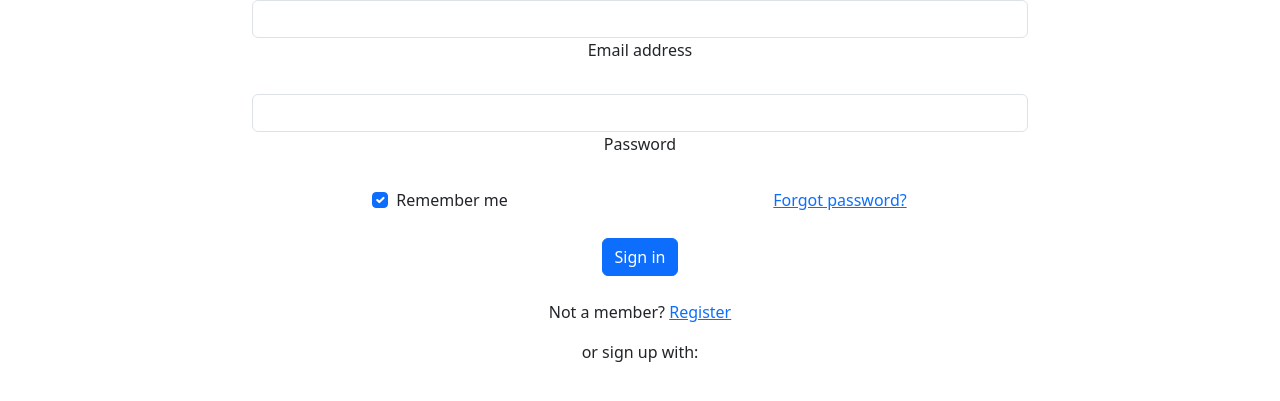
Repository: HieuNT-2001/JAVA-3---SOF203
Page: http://localhost/HocJava4/views/LoginForm.jsp
These files come from the project's save history. The page is drawn as it stood at one moment and after the next save; the edit follows.
The browser window is 1280 px wide. The pictures show the whole page.
The page is served by Tomcat 10.

Above is the page before, as saved 2024-09-28 03:20:21.

After the next save:
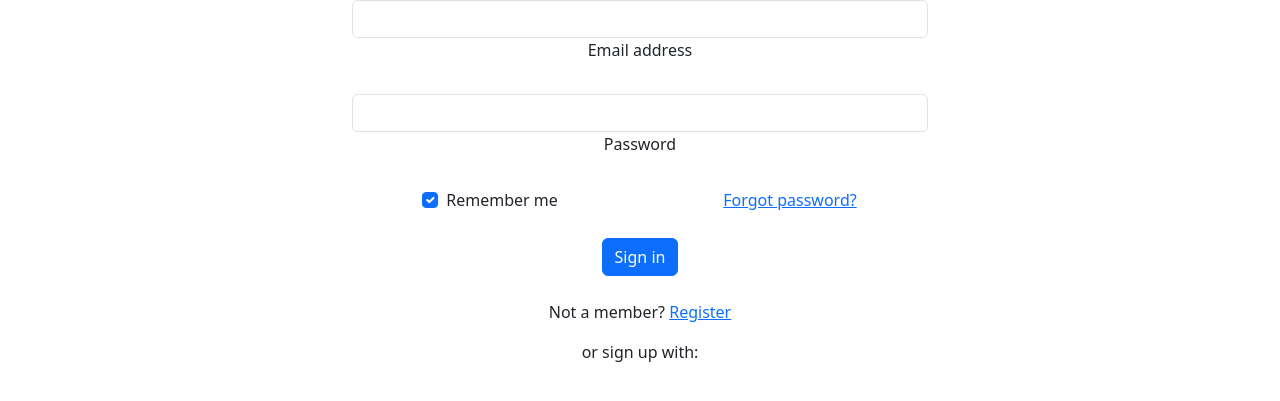
Saved 25 s later.
--- a/HocJava4/src/main/webapp/views/LoginForm.jsp
+++ b/HocJava4/src/main/webapp/views/LoginForm.jsp
@@ -13,7 +13,7 @@
 	crossorigin="anonymous">
 </head>
 <body>
-	<div class="container" style="width: 800px; text-align: center;">
+	<div class="container" style="width: 600px; text-align: center;">
 		<form>
 			<!-- Email input -->
 			<div data-mdb-input-init class="form-outline mb-4">
